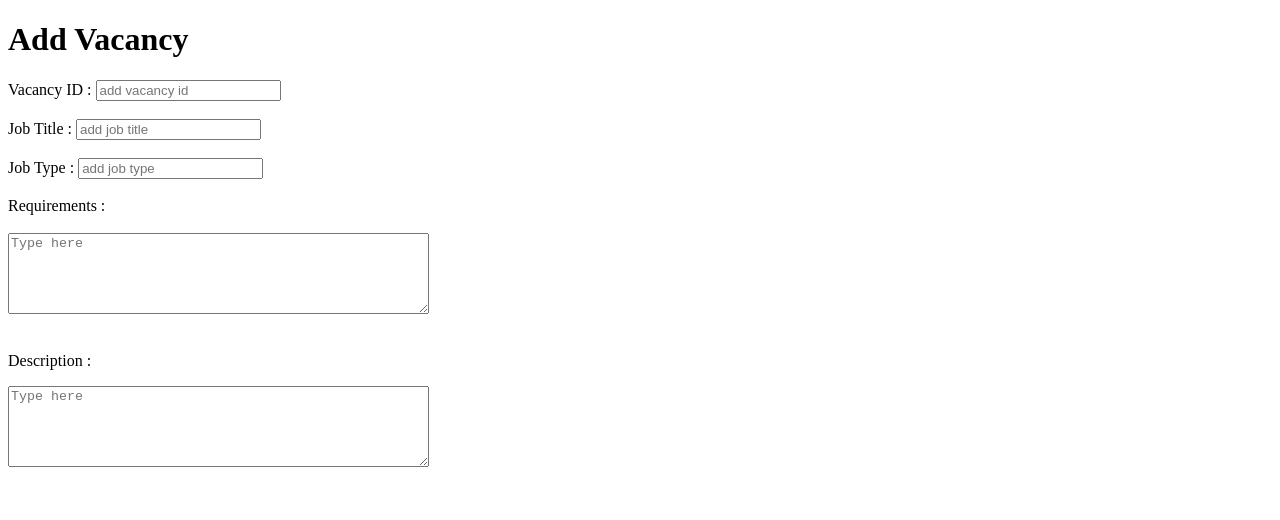
Repository: IT21221064/JobPortal
Page: http://localhost/signup/addVacancy.jsp
The author's editor kept a copy of each file at every save. The page is drawn from the files as they stood at one save, then again after the next save.
The browser window is 1280 px wide. The pictures show the whole page.
The page is served by Tomcat 9.

Above is the page before, as saved 2023-07-14 17:16:13.

### jobPortal/signup/src/main/webapp/addVacancy.jsp
<%@ page language="java" contentType="text/html; charset=ISO-8859-1"
    pageEncoding="ISO-8859-1"%>
<!DOCTYPE html>
<html>
<head>
<meta charset="ISO-8859-1">
<title>Insert title here</title>
</head>
<body>
<h1>Add Vacancy</h1>
<label for="vid">Vacancy ID : </label>
<input type="text" name="vid" id="vid" placeholder="add vacancy id"><br><br>
<label for="vtitle">Job Title : </label>
<input type="text" name="vtitle" id="vtitle" placeholder="add job title"><br><br>
<label for="vtitle">Job Type : </label>
<input type="text" name="vtitle" id="vtitle" placeholder="add job type"><br><br>
<label for ="jobreqs">Requirements : </label><br><br>
<textarea id="jobreqs" name="jobreqs" rows="5" cols="50" placeholder="Type here"></textarea><br><br>
<p><label for ="jobdesc">Description : </label></p>
<textarea id="jobdesc" name="jobdesc" rows="5" cols="50" placeholder="Type here"></textarea><br><br>


</body>
</html>

After the next save:
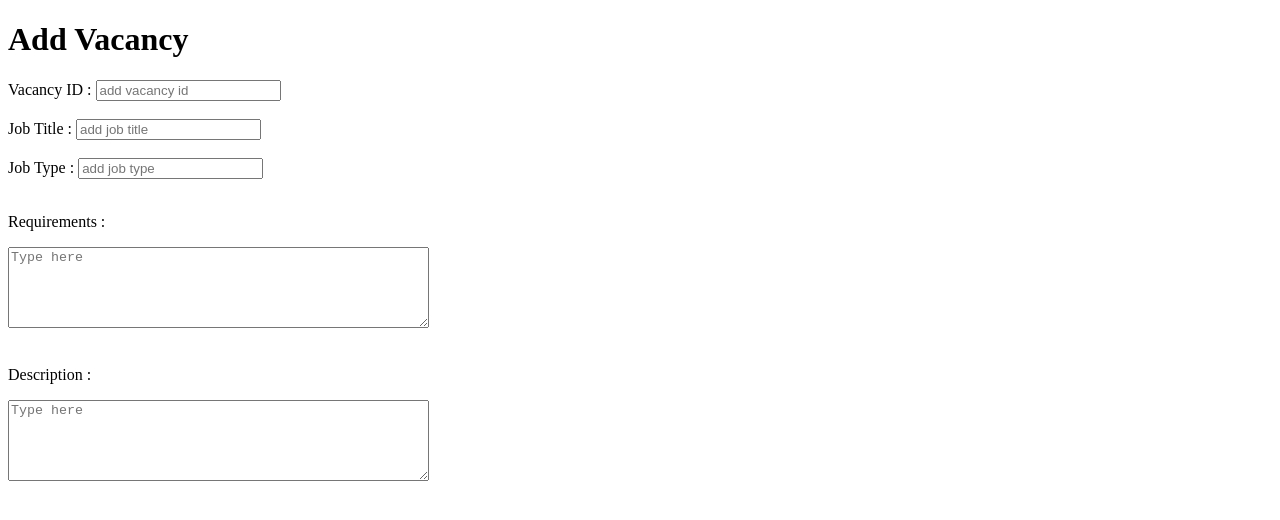
Saved 25 s later.
--- a/jobPortal/signup/src/main/webapp/addVacancy.jsp
+++ b/jobPortal/signup/src/main/webapp/addVacancy.jsp
@@ -14,7 +14,7 @@
 <input type="text" name="vtitle" id="vtitle" placeholder="add job title"><br><br>
 <label for="vtitle">Job Type : </label>
 <input type="text" name="vtitle" id="vtitle" placeholder="add job type"><br><br>
-<label for ="jobreqs">Requirements : </label><br><br>
+<p><label for ="jobreqs">Requirements : </label></p>
 <textarea id="jobreqs" name="jobreqs" rows="5" cols="50" placeholder="Type here"></textarea><br><br>
 <p><label for ="jobdesc">Description : </label></p>
 <textarea id="jobdesc" name="jobdesc" rows="5" cols="50" placeholder="Type here"></textarea><br><br>
